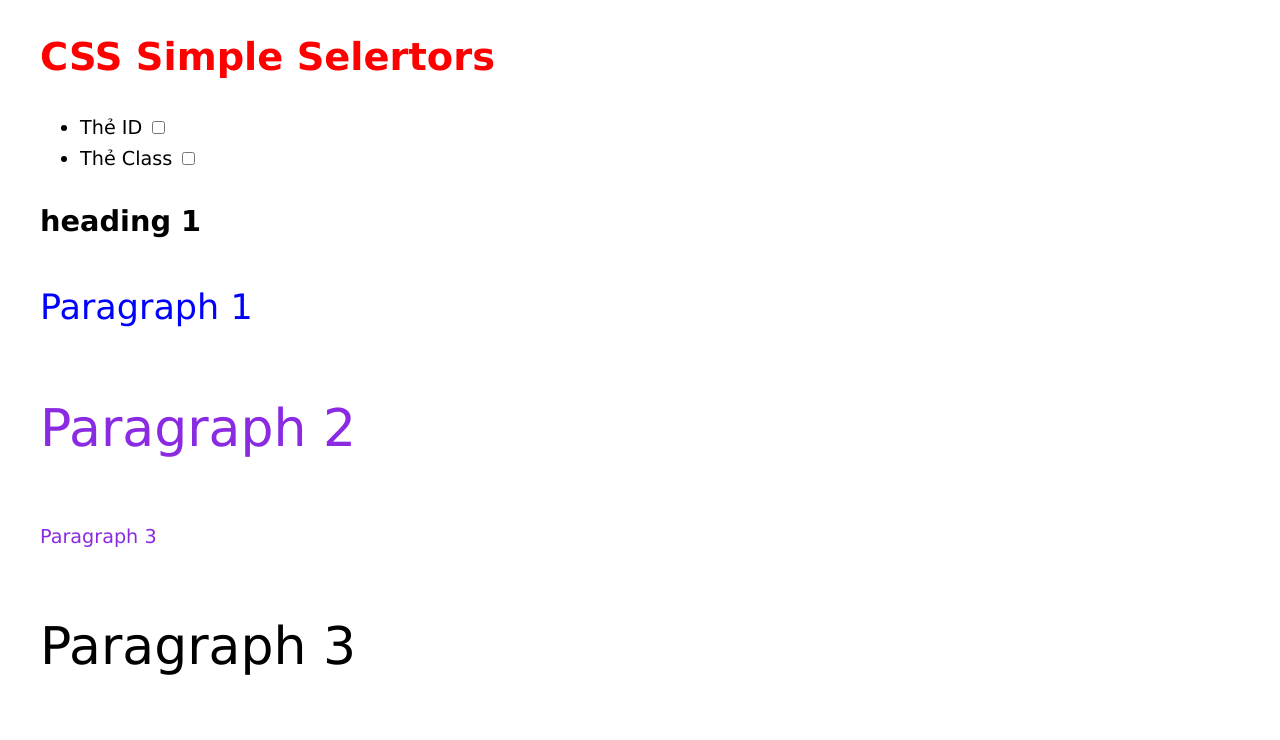
Repository: phanvu0103/HTML-CSS
Page: CSS_24_CSS-Selertors-là_gì/03_ID-và-Class/index.html
These files come from the project's save history. The page is drawn as it stood at one moment and after the next save; the edit follows.
The browser window is 1280 px wide. The pictures show the whole page.

Above is the page before, as saved 2022-10-19 11:04:12.

After the next save:
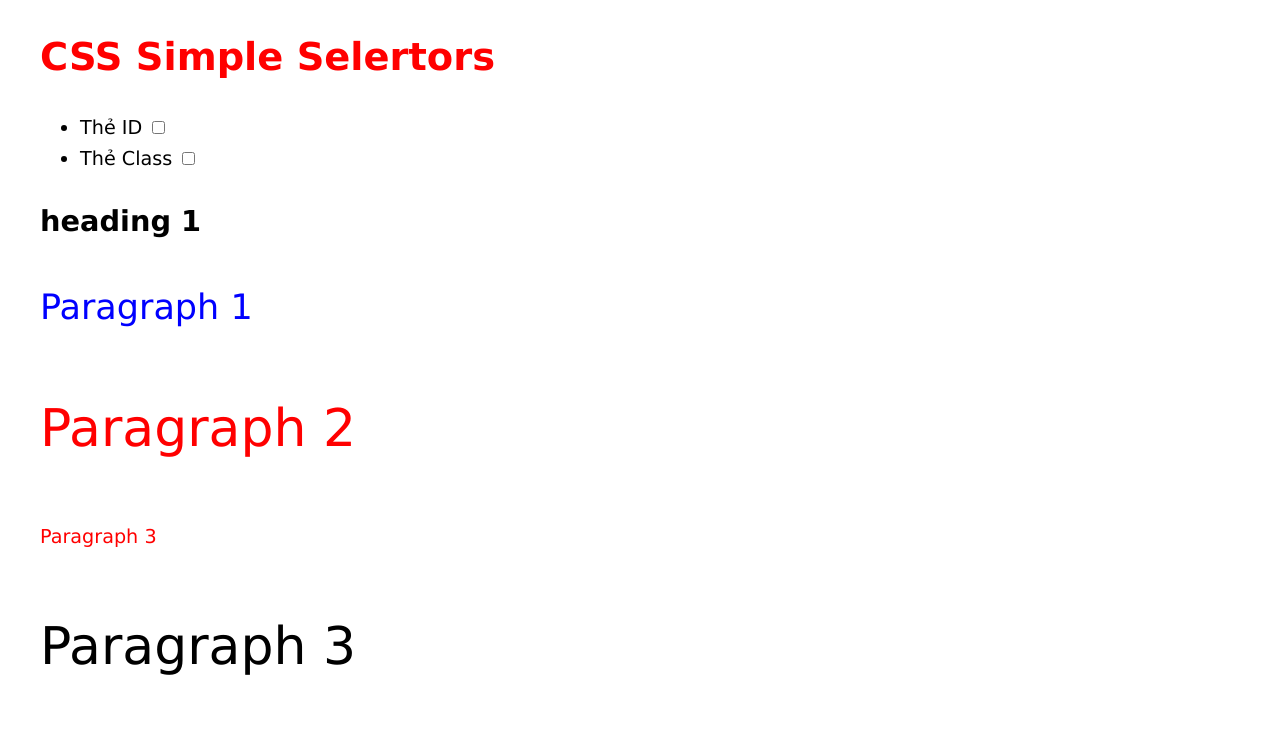
Saved 42 s later.
--- a/CSS_24_CSS-Selertors-là_gì/03_ID-và-Class/style.css
+++ b/CSS_24_CSS-Selertors-là_gì/03_ID-và-Class/style.css
@@ -12,13 +12,9 @@ h1 {
   color: blue;
   font-size: 35px;
 }
-.color-red .large {
-  color: red;
-  font-size: 40px;
-}
 .large {
   font-size: 52px;
 }
 .color-red {
-  color: blueviolet;
+  color: red;
 }
